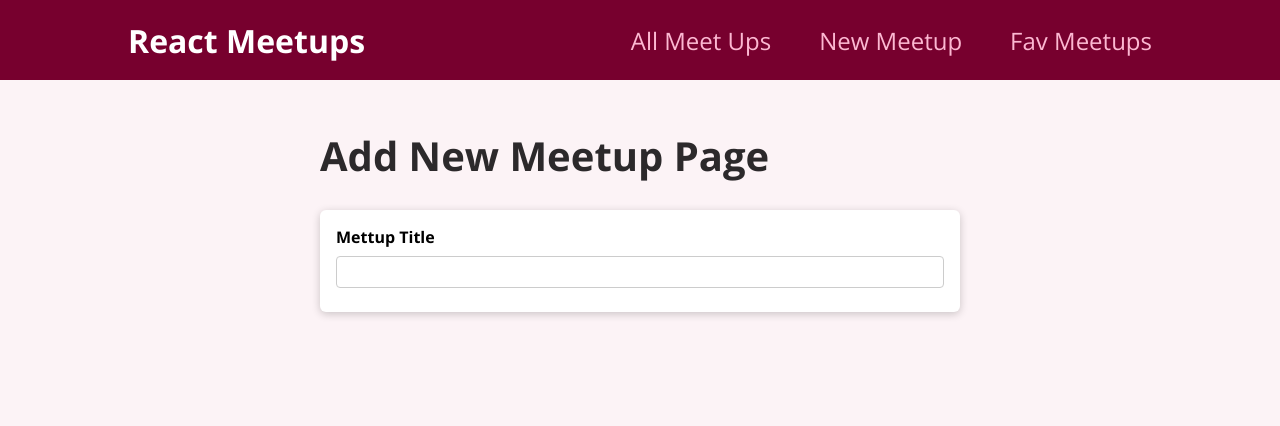
Repository: portretrieve/react-meetup-app
Page: /meet
An editor plug-in stored every save of this project. The page is shown before and after the next save, followed by the edit.
The browser window is 1280 px wide. The pictures show the whole page.
The project was rebuilt for these pictures with package versions that can differ from the ones it lists, and the page was loaded fresh each time. A package was used in the major version that the imports need, not the one package.json lists. Also part of the build but not shown: src/components/meetups/MeetupList.module.css, src/components/meetups/Meetupitem.module.css, src/components/meetups/MeetupItem.js, src/components/meetups/MeetupList.js, src/pages/AllMeetups.js, src/pages/Favourites.js.

Above is the page before, as saved 2021-08-19 01:07:01.

### src/App.js
import { Route, Switch } from "react-router-dom";

import AllMeetupsPage from "./pages/AllMeetups";
import FavouritesPage from "./pages/Favourites";
import NewMeetupPage from "./pages/NewMeetup";
import Layout from "./components/layout/Layout";

function App() {
  return (
    <Layout>
      <Switch>
        <Route path="/" exact>
          <AllMeetupsPage />
        </Route>
        <Route path="/meet">
          <NewMeetupPage />
        </Route>
        <Route path="/fav">
          <FavouritesPage />
        </Route>
      </Switch>
    </Layout>
  );
}

export default App;

### src/pages/NewMeetup.js
import NewMeetupForm from "../components/meetups/NewMeetupForm";

function NewMeetupPage() {
  return (
    <div>
      <h1>Add New Meetup Page</h1>
      <NewMeetupForm />
    </div>
  );
}

export default NewMeetupPage;

### src/components/layout/Layout.js
import classes from "./Layout.module.css";
import MainNavigation from "./MainNavigation";
function Layout(props) {
  return (
    <div>
      <MainNavigation></MainNavigation>
      <main className={classes.main}>{props.children}</main>
    </div>
  );
}

export default Layout;

### src/components/meetups/NewMeetupForm.js
import classes from "./NewMeetupForm.module.css";
import Card from "../userInterface/Card";

function NewMeetupForm() {
  return (
    <Card>
      <form className={classes.form}>
        <div className={classes.control}>
          <label htmlFor="title">Mettup Title</label>
          <input type="text" id="title" required />
        </div>
      </form>
    </Card>
  );
}
export default NewMeetupForm;

### src/components/layout/MainNavigation.js
import { Link } from "react-router-dom";
import classes from "./MainNavigation.module.css";

function MainNavigation() {
  return (
    <header className={classes.header}>
      <div className={classes.logo}>React Meetups</div>
      <nav>
        <ul>
          <li>
            <Link to="/">All Meet Ups</Link>
          </li>
          <li>
            <Link to="/meet">New Meetup</Link>
          </li>
          <li>
            <Link to="/fav">Fav Meetups</Link>
          </li>
        </ul>
      </nav>
    </header>
  );
}

export default MainNavigation;

### src/components/meetups/NewMeetupForm.module.css
.form {
    padding: 1rem;
}

.control {
    margin-bottom: 0.5rem;
}

.control label {
    display: block;
    font-weight: bold;
    margin-bottom: 0.5rem;
}

.control input,
.control textarea {
    display: block;
    font: inherit;
    border-radius: 4px;
    border: 1px solid #ccc;
    padding: 0.25rem;
    width: 100%;
}

.actions {
    margin-top: 1rem;
    text-align: right;
}

.actions button {
    font: inherit;
    cursor: pointer;
    background-color: #77002e;
    color: white;
    padding: 0.5rem 1.5rem;
    border: 1px solid #77002e;
    border-radius: 4px;
    font-weight: bold;
}

.actions button:hover,
.actions button:active {
    background-color: #a50e48;
    border-color: #a50e48;
}

### src/components/userInterface/Card.js
import classes from "./Card.module.css";

function Card({ children }) {
  return <div className={classes.card}>{children}</div>;
}

export default Card;

Loaded but not shown: public/index.html (common file); src/index.js (common file); src/index.css (common file); src/components/layout/Layout.module.css (common file); src/components/layout/MainNavigation.module.css (common file); src/components/userInterface/Card.module.css (common file)

After the next save:
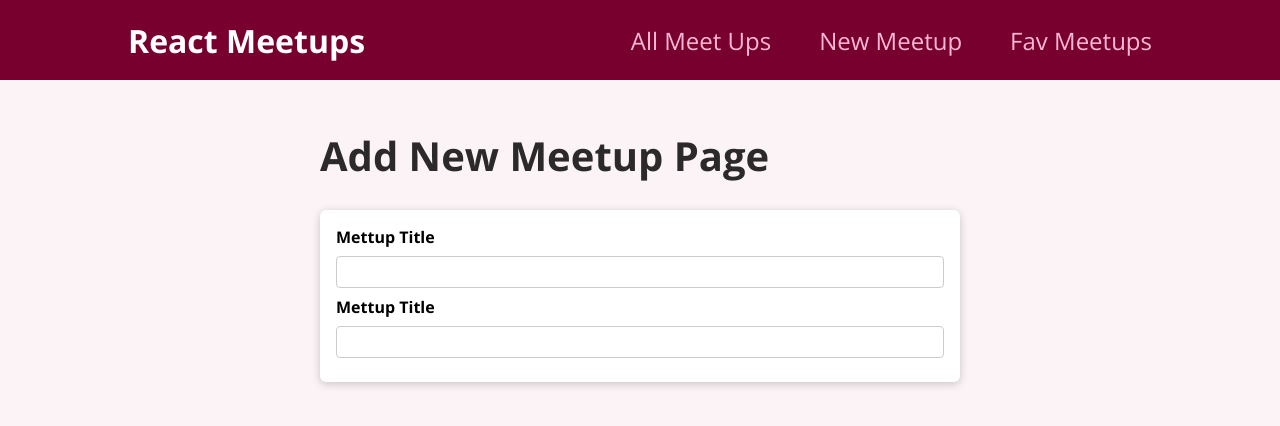
Saved 76 s later.
--- a/src/components/meetups/NewMeetupForm.js
+++ b/src/components/meetups/NewMeetupForm.js
@@ -9,6 +9,10 @@ function NewMeetupForm() {
           <label htmlFor="title">Mettup Title</label>
           <input type="text" id="title" required />
         </div>
+        <div className={classes.control}>
+          <label htmlFor="image">Mettup Title</label>
+          <input type="url" id="image" required />
+        </div>
       </form>
     </Card>
   );
